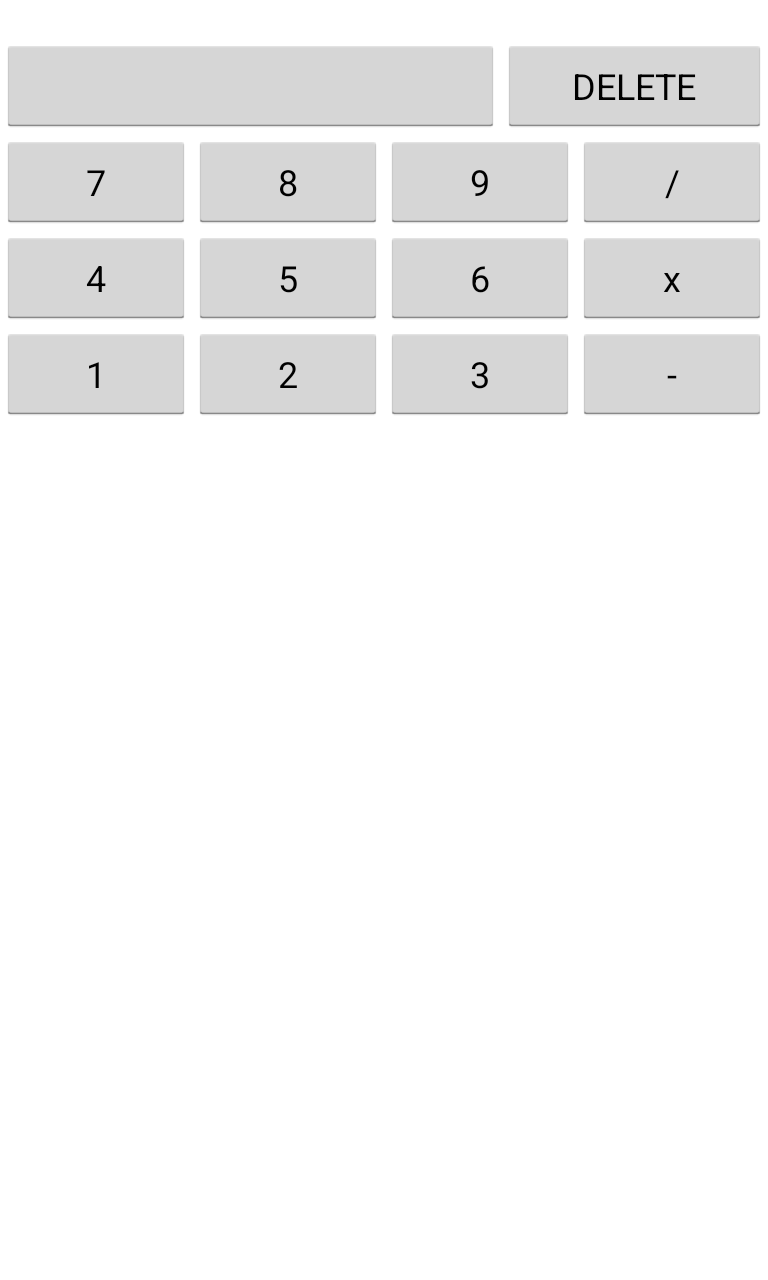
Repository: iracom/ejercicios-android
Layout: Calculadora/res/layout/activity_main.xml
These files come from the project's save history. The layout is drawn as it stood at one moment and after the next save; the edit follows.
It is drawn on a 768 x 1280 px phone screen (xhdpi) without system bars, with theme AppTheme; the app's code is not run.

Above is the layout before, as saved 2014-05-07 10:02:31.

After the next save:
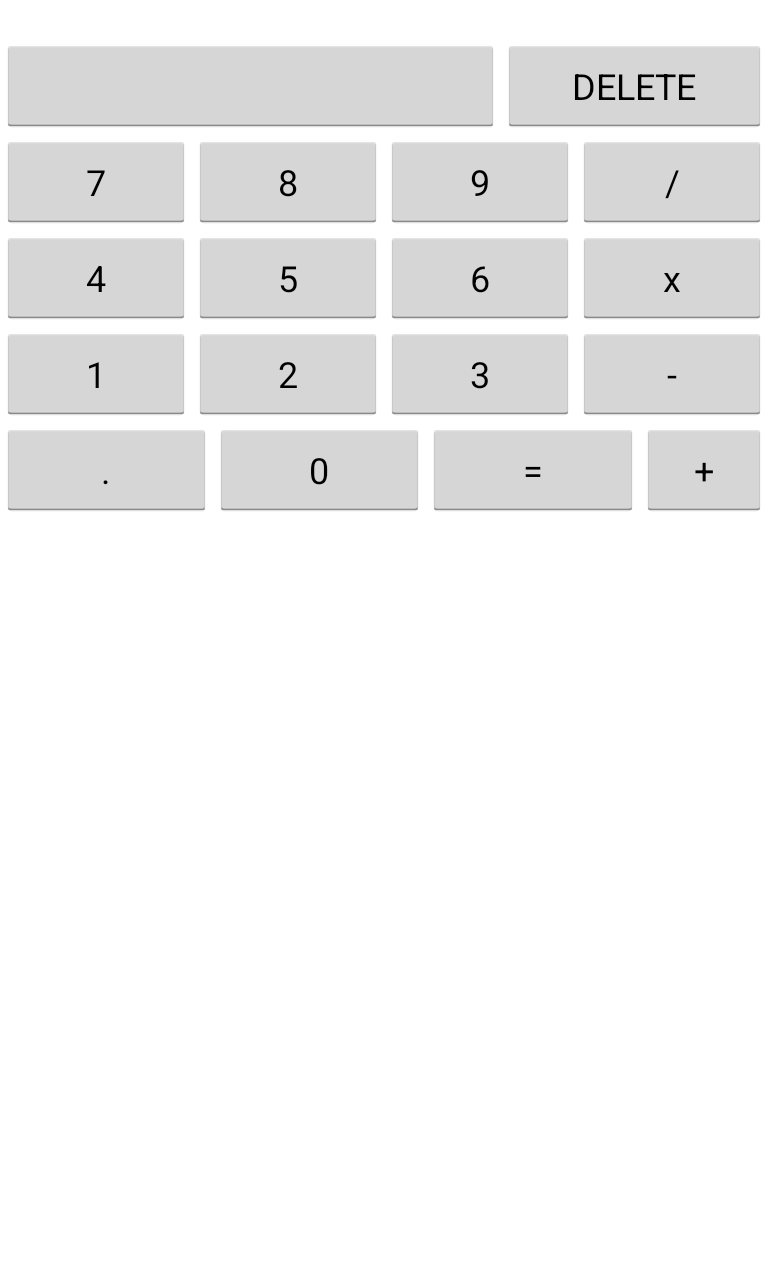
Saved 2 min 54 s later.
--- a/Calculadora/res/layout/activity_main.xml
+++ b/Calculadora/res/layout/activity_main.xml
@@ -138,4 +138,38 @@
 
     </LinearLayout>
 
+    <LinearLayout
+        android:layout_width="match_parent"
+        android:layout_height="wrap_content"
+        android:orientation="horizontal" >
+
+        <Button
+            android:id="@+id/btn_punto"
+            android:layout_width="wrap_content"
+            android:layout_height="wrap_content"
+            android:layout_weight="1"
+            android:text="@string/punto" />
+
+        <Button
+            android:id="@+id/btn_0"
+            android:layout_width="wrap_content"
+            android:layout_height="wrap_content"
+            android:layout_weight="1"
+            android:text="@string/cero" />
+
+        <Button
+            android:id="@+id/btn_igual"
+            android:layout_width="wrap_content"
+            android:layout_height="wrap_content"
+            android:layout_weight="1"
+            android:text="@string/igual" />
+
+        <Button
+            android:id="@+id/btn_sum"
+            android:layout_width="wrap_content"
+            android:layout_height="wrap_content"
+            android:text="@string/sum" />
+
+    </LinearLayout>
+
 </LinearLayout>
